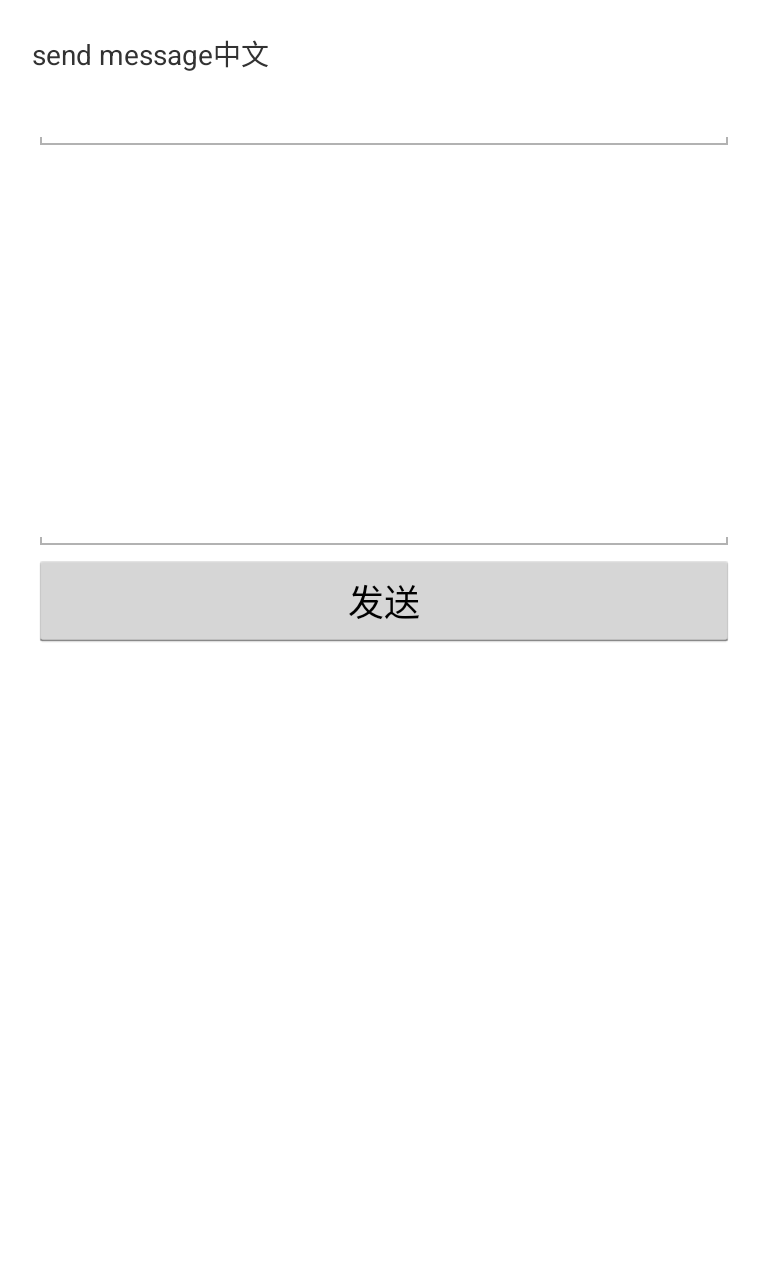
Repository: qwer2714856/Android_learn
Layout: message/res/layout/activity_main.xml
These files come from the project's save history. The layout is drawn as it stood at one moment and after the next save; the edit follows.
It is drawn on a 768 x 1280 px phone screen (xhdpi) without system bars, with theme AppTheme; the app's code is not run.

Above is the layout before, as saved 2015-09-24 11:53:16.

After the next save:
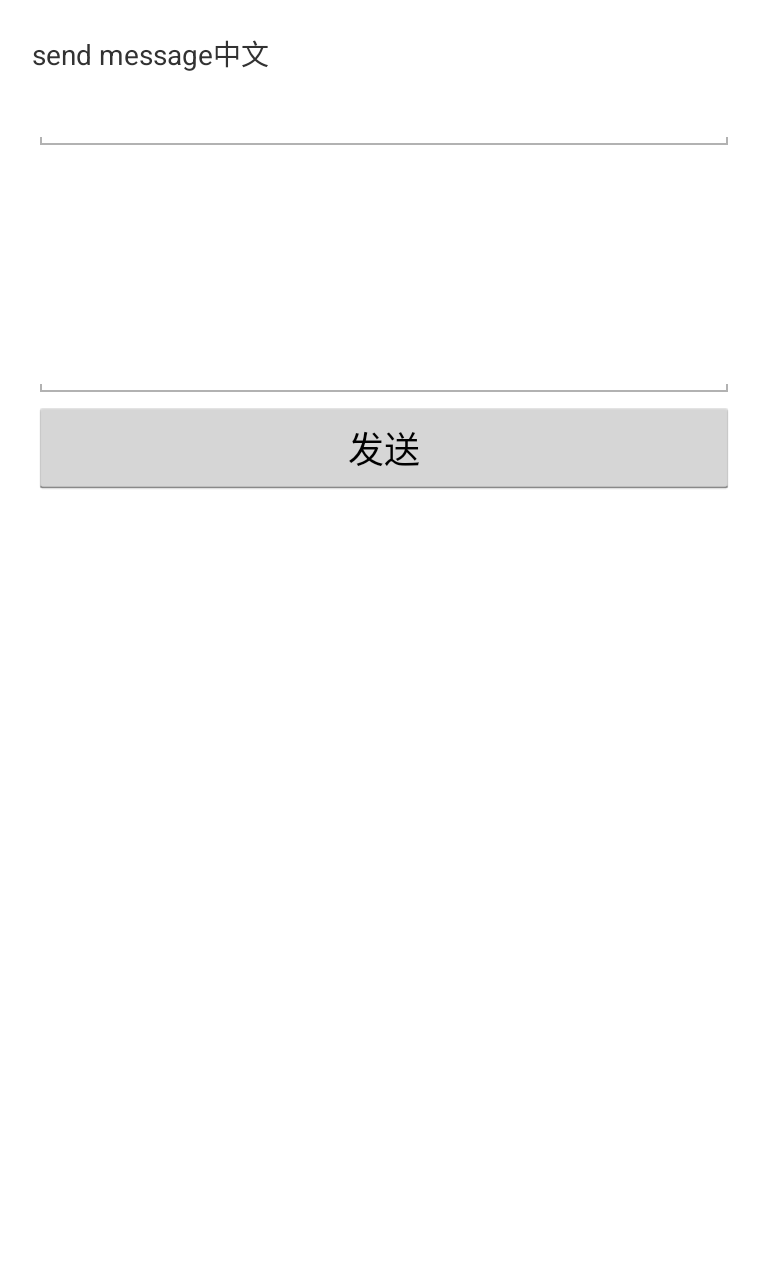
Saved 2 min 25 s later.
--- a/message/res/layout/activity_main.xml
+++ b/message/res/layout/activity_main.xml
@@ -22,7 +22,7 @@
         android:layout_width="match_parent"
         android:layout_height="wrap_content"
         android:id="@+id/message"
-        android:height="200dp"
+        android:lines="5"
         />
 
 
